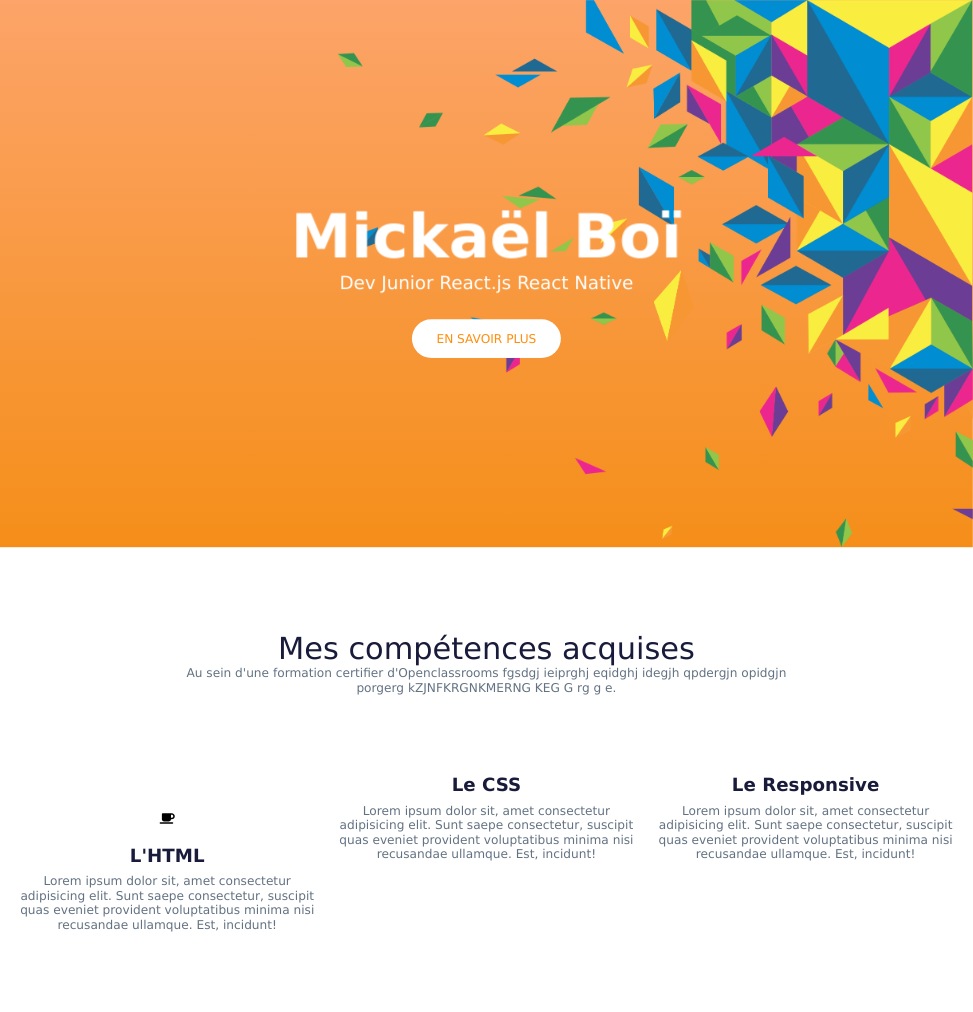
Repository: Micka-17/React_CV
Page: / (app in react-cv/)
The author's editor kept a copy of each file at every save. The page is drawn from the files as they stood at one save, then again after a run of saves.
The browser window is 1280 px wide. The pictures show the whole page, at 76% of full size.
The project was rebuilt for these pictures with package versions that can differ from the ones it lists, and the page was loaded fresh each time.

Above is the page before, as saved 2021-10-20 11:05:21.

### react-cv/src/index.js
import React from 'react';
import ReactDOM from 'react-dom';
import './index.css';
import App from './App';
import reportWebVitals from './reportWebVitals';

ReactDOM.render(
    <App />,
  document.getElementById('root')
);

// If you want to start measuring performance in your app, pass a function
// to log results (for example: reportWebVitals(console.log))
// or send to an analytics endpoint. Learn more: https://bit.ly/CRA-vitals

### react-cv/src/App.js
import './App.css';
import Top from './components/Top';
import Skills from './components/Skills';
import './Style/style.css'
import React from 'react'

function App() {
  return (
    <div className="App">
      <Top />
      <Skills />
    </div>
  );
}

export default App;

### react-cv/src/components/Top.jsx
import React from 'react'
import '../Style/style.css'

export default function Top() {

    return (
        <section id="sec-1">
            <div class="marbre">
                <div class="container">
                    <h1>Mickaël Boï</h1>
                    <p>Dev Junior React.js React Native</p>
                    <a href="#sec-2" class="title-btn">En savoir plus</a>
                </div>
            </div>
        </section >
    )
}

### react-cv/src/components/Skills.jsx
import React from 'react'
import '../Style/style.css'
import { FontAwesomeIcon } from '@fortawesome/react-fontawesome'
import { faCoffee } from '@fortawesome/free-solid-svg-icons'

export default function Skills() {

    return (
        <section id="sec-2">
        <h1>Mes compétences acquises</h1>
        <p>Au sein d'une formation certifier d'Openclassrooms fgsdgj ieiprghj eqidghj idegjh qpdergjn opidgjn porgerg
             kZJNFKRGNKMERNG KEG G rg g e.</p>
        <div class="container" data-aos="zoom-in">
            <div class="competences">
                <FontAwesomeIcon icon={faCoffee} />
                <i class="fab fa-html5 fa-5x"></i>
                <h2>L'HTML</h2>
                <p>Lorem ipsum dolor sit, amet consectetur adipisicing elit. Sunt saepe consectetur, suscipit quas eveniet provident voluptatibus minima nisi recusandae ullamque. Est, incidunt!</p>
            </div>
            <div class="competences">
                <i class="fab fa-css3 fa-5x"></i>
                <h2>Le CSS</h2>
                <p>Lorem ipsum dolor sit, amet consectetur adipisicing elit. Sunt saepe consectetur, suscipit quas eveniet provident voluptatibus minima nisi recusandae ullamque. Est, incidunt!</p>
            </div><div class="competences">
                <i class="fas fa-mobile-alt fa-5x"></i>
                <h2>Le Responsive</h2>
                <p>Lorem ipsum dolor sit, amet consectetur adipisicing elit. Sunt saepe consectetur, suscipit quas eveniet provident voluptatibus minima nisi recusandae ullamque. Est, incidunt!</p>
            </div>
        </div>
    </section>
    )
}

### react-cv/src/Style/style.css
* { margin: 0;
    padding: 0;
    list-style: 0;
    text-decoration: 0;
}

body {
    font-family: 'Lucida Sans', 'Lucida Sans Regular', 'Lucida Grande', 'Lucida Sans Unicode', Geneva, Verdana, sans-serif;
}
.btnBurger {
    position: absolute;
    top: 0;
    left: 0px;
}
section#sec-1 {
    width: 100%;
    height: 100vh;
    background: linear-gradient(to bottom, #fca469, #f58e19);
}

section#sec-1 .marbre {
    height: 100%;
    background-image: url(../img/fond-marbre.png);
    background-position: right top;
    background-size: contain;
    background-repeat: no-repeat;
    display: flex;
    justify-content: center;
    align-items: center;
}

section#sec-1 .marbre .container {
    text-align: center;
    color: white;
}

section#sec-1 .marbre .container h1 {
    font-size: 5em;
}

section#sec-1 .marbre .container p {
    font-size: 1.5em;
    margin-bottom: 50px;
}

section#sec-1 .marbre .container a.title-btn {
    background-color: white;
    padding: 1em 2em;
    border-radius: 50px;
    color: #ff8e0d;
    font-weight: 500;
    text-transform: uppercase;
}

@media screen and (max-width: 350px) {
    section#sec-1 .marbre .container .h1 {
        font-size: 2.5em;
    }
    section#sec-1 .marbre .container .p {
        font-size: 1em;
    }
}

section#sec-2 > h1 {
    text-align: center;
    color: #181b3a;
    font-size: 2.5em;
    font-weight: 500;
    margin-top: 30px;
}

section#sec-2 {
    padding: 80px 10px;
}

section#sec-2 > P {
    max-width: 800px;
    text-align: center;
    color: #637282;
    margin: 0 auto;
}

section#sec-2 .container {
    max-width: 1400px;
    justify-content: center;
    display: flex;
    margin: 0 auto;
    flex-direction: row;
    margin: 70px auto 0 auto;
}

section#sec-2 .container .competences {
    text-align: center;
    margin: 25px 0;
}

section#sec-2 .container .competences h2 {
    color: #181b3a;
    font-weight: 500px;
    margin: 10px 0;
}

section#sec-2 .container .competences p {
    color: #637282;
    font-weight: 400px;
    padding: 0 10px;
}

/* responsive */
@media screen and (max-width: 600px) {
    section#sec-2 > h2 {
        font-size: 2em;
    }
    section#sec-2 .container {
        flex-direction: column;
    }
section#sec-2 .container .competences p {
    max-width: 95%;
    }
}

i {
    color: #f58e19;
}

section#sec-3 {
    background-color: rgba(177, 121, 36, 0.507);
    padding: 32px 0px;
}

section#sec-3 .container {
    max-width: 1400px;
    margin: 0 auto;
    display: flex;
    align-items: center;
    justify-content: space-around;
}

section#sec-3 .container .left {
    max-width: 500px;
}

section#sec-3 .container .right {
    max-width: 50%;
}

section#sec-3 .container .right h1 {
    font-size: 2.5em;
    color: #181b3a;
    margin-bottom: 30px;
}

section#sec-3 .container .right p {
    font-size: 1.5em;
    color: #637282;
}

section#sec-3 .container .right p:nth-of-type(2) {
    margin-bottom: 60px;
}

section#sec-3 .container .right a.dl-btn {
    background-color: white;
    padding: 1em 2em;
    border-radius: 50px;
    color: #ff8e0d;
    font-weight: 500;
    text-transform: uppercase;
}

@media screen and (max-width: 600px) {
    section#sec-3 > h1 {
        font-size: 1.5em;
    }
    section#sec-3 .container {
        flex-direction: column;
    }
section#sec-3 .container .right p {
    max-width: 95%;
    }
    section#sec-3 .container .left i {
        margin-bottom: 50px;
    }
}

footer {
    background-color: rgba(37, 37, 37, 0.616);
    padding: 50px 10px;
    justify-content: center;
    text-align: center;
}

footer .container {
    max-width: 1400px;
    margin: 0px auto;
}

footer .container h1 {
    color: whitesmoke;
}

footer .container p {
    color: whitesmoke;
    margin-top: 20px;
}

section#sec-1 .marbre .container {
    transform-style: preserve-3d;
}

section#sec-1 .marbre .container h1 {
    transform: translateZ(50px);
}

section#sec-1 .marbre .container p {
    transform: translateZ(50px);
}

.navigation {
    font-family: 'Franklin Gothic Medium', 'Arial Narrow', Arial, sans-serif;
    background: linear-gradient(to top, rgba(37, 37, 37, 0.616),  rgba(177, 121, 36, 0.507));
}

.navigation ul {
    flex-direction: row;
    display: flex;
    align-items: center;
    justify-content: space-around;
}

.navigation ul li {
    display: flex;
    background-color: whitesmoke;
    border-radius: 50px;
    padding: 1em 1em;
    margin: 10px;
}

li a{
    color: #ff8e0d
}

section#section-1 {
    width: 100%;
    height: 100vh;
    background: linear-gradient(to bottom, #fca469, #f58e19);
}

section#section-1 .fond {
    height: 100%;
    background-image: url(../img/fond-marbr.png);
    background-position: left top;
    background-size: contain;
    background-repeat: no-repeat;
}

section#section-1 .fond .container {
    text-align: center;
    color: white;
    padding: 200px;
}

section#section-1 .fond .container h1 {
    font-size: 5em;
}

section#section-1 .fond .container p {
    font-size: 1.5em;
    margin-bottom: 0px;
}

.menu-xp {
    color: whitesmoke;
}

section#section-1 .fond .menu-xp ul {
    flex-direction: row;
    display: flex;
    align-items: center;
    justify-content: space-around;
}

section#section-1 .fond .menu-xp ul li {
    display: flex;
    background-color: whitesmoke;
    border-radius: 5%;
    padding: 2em 10em 15em 10em;
    font-family: 'Franklin Gothic Medium', 'Arial Narrow', Arial, sans-serif;
}

#diplome {
    width: 50%;
    height: 50%;
    display: flex;
    align-items: center;
}

.conatactephp {
    display:flex;
    align-items: center;
    justify-content: space-evenly;
    margin: 80px;
}

.form-group {
    margin: 25px;
}

.btn btn-primary {
    margin: 12px;
}

Loaded but not shown: react-cv/public/index.html (common file); react-cv/src/index.css (common file); react-cv/src/reportWebVitals.js (common file); react-cv/src/App.css (common file)

After the next 2 saves:
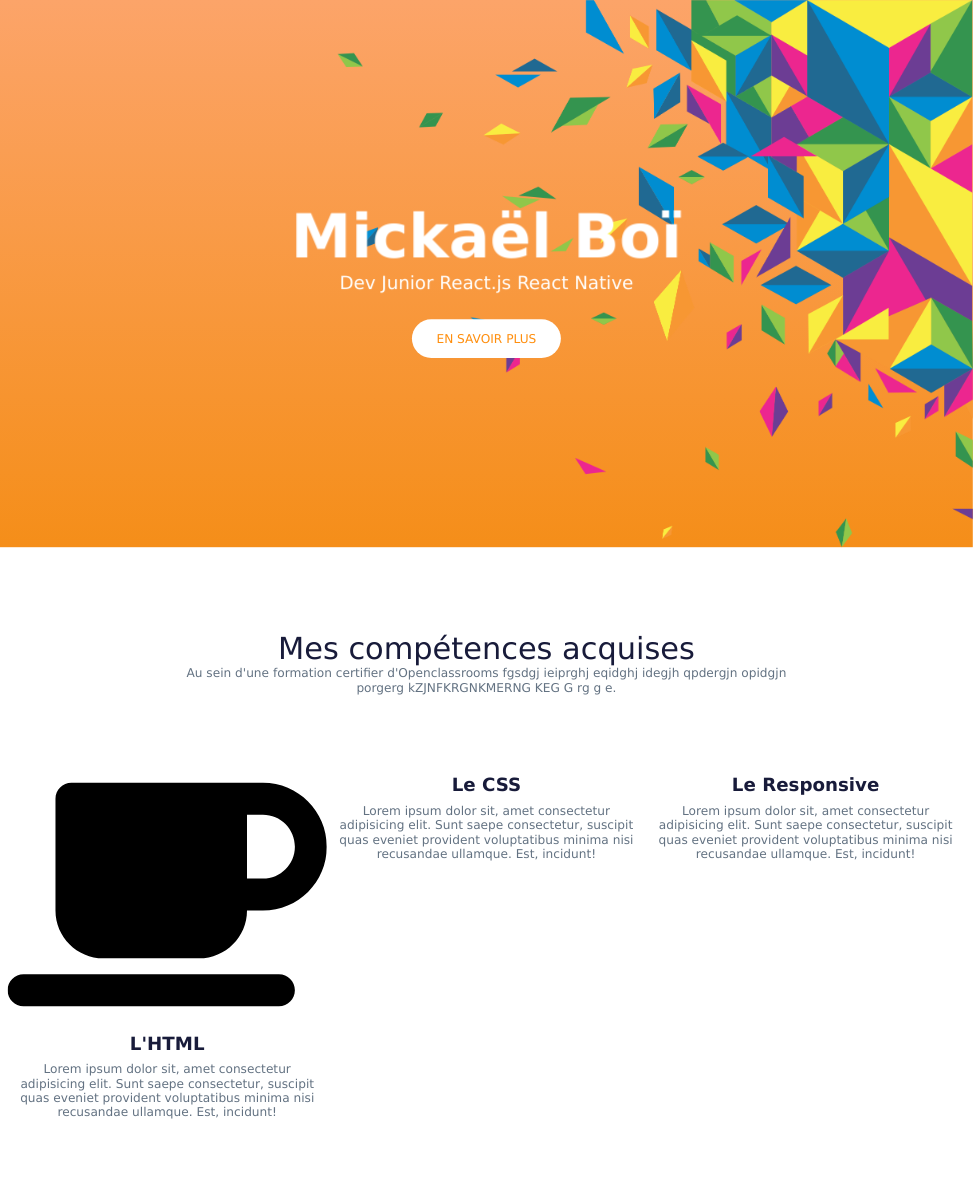
The 2 saves are shown as one change because they came seconds apart.
The last was saved 18 s later.
--- a/react-cv/src/components/Skills.jsx
+++ b/react-cv/src/components/Skills.jsx
@@ -12,8 +12,8 @@ export default function Skills() {
              kZJNFKRGNKMERNG KEG G rg g e.</p>
         <div class="container" data-aos="zoom-in">
             <div class="competences">
-                <FontAwesomeIcon icon={faCoffee} />
-                <i class="fab fa-html5 fa-5x"></i>
+                <FontAwesomeIcon class="fab fa-html5 fa-5x" icon={faCoffee} />
+                <i ></i>
                 <h2>L'HTML</h2>
                 <p>Lorem ipsum dolor sit, amet consectetur adipisicing elit. Sunt saepe consectetur, suscipit quas eveniet provident voluptatibus minima nisi recusandae ullamque. Est, incidunt!</p>
             </div>
